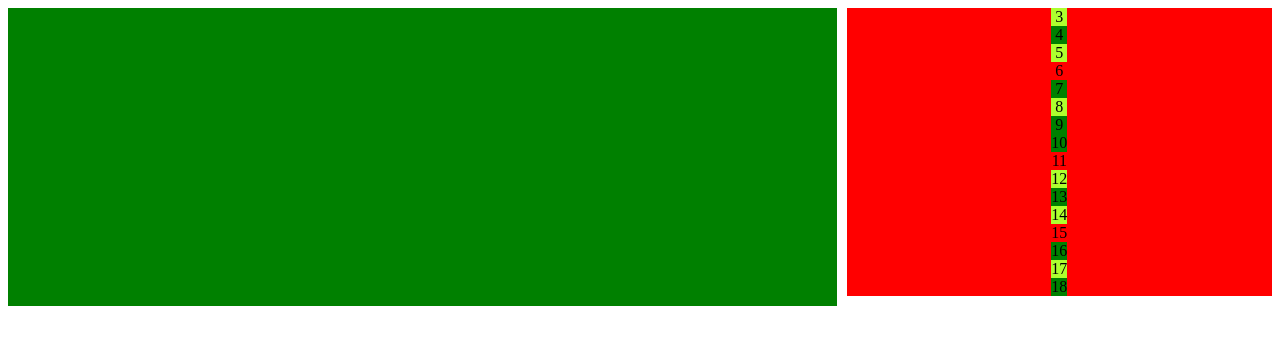
Repository: motiejus1/09-paskaita-05.31
Page: index.html
The author's editor kept a copy of each file at every save. The page is drawn from the files as they stood at one save, then again after a run of saves.
The browser window is 1280 px wide. The pictures show the whole page.

Above is the page before, as saved 2021-06-15 19:24:09.

### index.html
<!DOCTYPE html>
<html lang="en">
<head>
    <meta charset="UTF-8">
    <meta http-equiv="X-UA-Compatible" content="IE=edge">
    <meta name="viewport" content="width=device-width, initial-scale=1.0">
    <title>9 paskaita</title>
    <style>
        .grid-container {
            display: grid;
            grid-template-columns: auto auto auto;
            grid-column-gap: 10px ;
            grid-row-gap: 10px ;
        }

        .zalia {
            background-color: green;
        }

        .raudona {
            background-color: red;
        }

        .geltona {
            background: greenyellow;
        }

        .grid-item-1 {
            grid-column-start: 1 ;
            grid-column-end: 3 ;
            grid-row-start: 1 ;
            grid-row-end: 3 ;
        }

        .grid-item {
            display:grid;
            justify-content: center;
            align-items: center;
        }
    </style>
</head>
<body>
    <div class="grid-container">
        <div class="grid-item grid-item-1 zalia">

        </div>
        <div class="grid-item grid-item-2 raudona">
        <div class="grid-item grid-item-3 geltona">3</div>
        <div class="grid-item grid-item-4 zalia">4</div>
        <div class="grid-item geltona">5</div>
        <div class="grid-item raudona">6</div>
        <div class="grid-item zalia">7</div>
        <div class="grid-item geltona">8</div>
        <div class="grid-item zalia">9</div>
        <div class="grid-item zalia">10</div>
        <div class="grid-item raudona">11</div>
        <div class="grid-item geltona">12</div>
        <div class="grid-item zalia">13</div>
        <div class="grid-item geltona">14</div>
        <div class="grid-item raudona">15</div>
        <div class="grid-item zalia">16</div>
        <div class="grid-item geltona">17</div>
        <div class="grid-item zalia">18</div>
    </div>

</body>
</html>

After the next 3 saves:
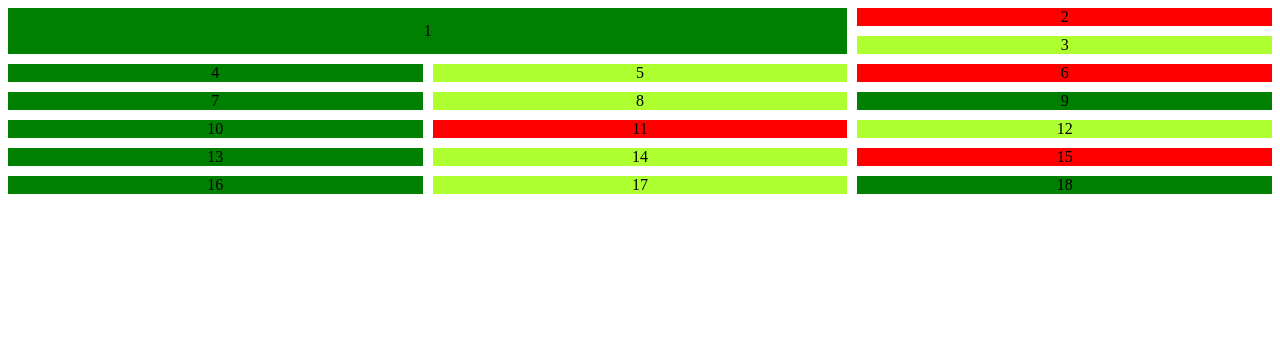
The 3 saves are shown as one change because they came seconds apart.
The last was saved 27 s later.
--- a/index.html
+++ b/index.html
@@ -42,9 +42,11 @@
 <body>
     <div class="grid-container">
         <div class="grid-item grid-item-1 zalia">
-
+            1
         </div>
         <div class="grid-item grid-item-2 raudona">
+            2
+        </div>
         <div class="grid-item grid-item-3 geltona">3</div>
         <div class="grid-item grid-item-4 zalia">4</div>
         <div class="grid-item geltona">5</div>
